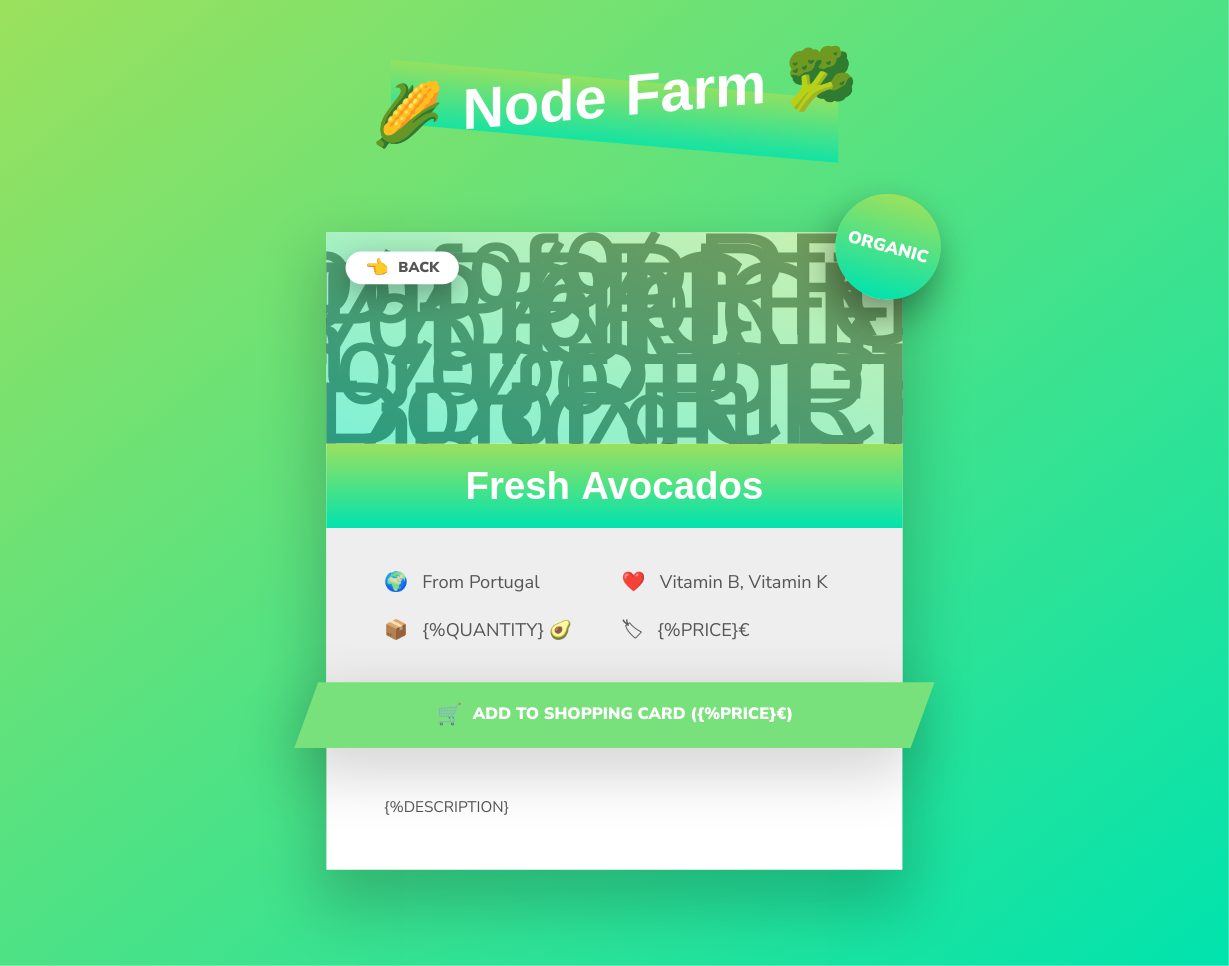
Repository: 13-Joban/Node_Farm_Backend
Page: templates/product.html
The author's editor kept a copy of each file at every save. The page is drawn from the files as they stood at one save, then again after a run of saves.
The browser window is 1280 px wide. The pictures show the whole page, at 96% of full size.
Some web fonts or font styles are not loaded; a fallback is used.

Above is the page before, as saved 2022-07-16 17:26:32.

After the next 2 saves:
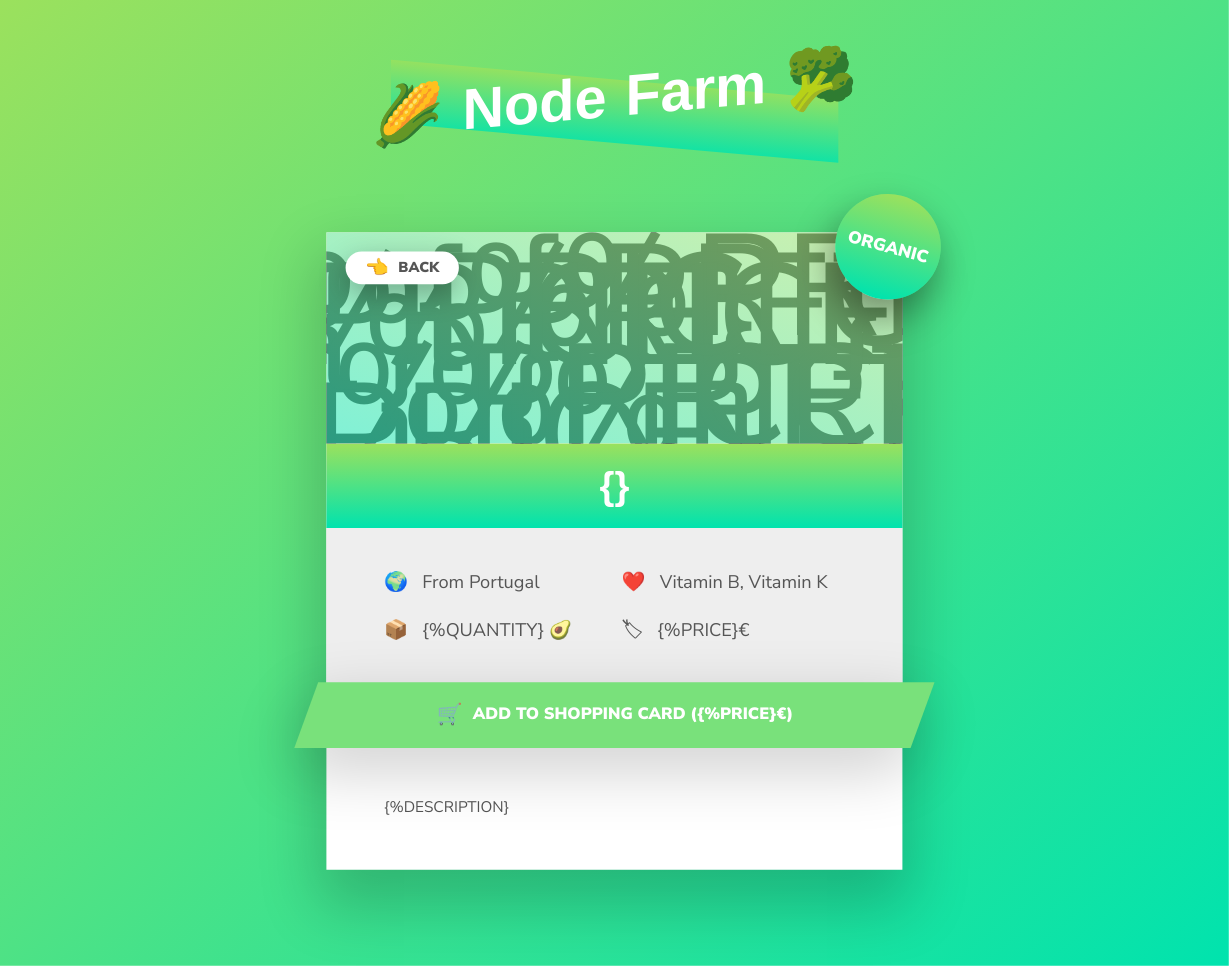
The 2 saves are shown as one change because they came seconds apart.
The last was saved 3 min 41 s later.
--- a/templates/product.html
+++ b/templates/product.html
@@ -286,7 +286,7 @@
           <span class="product__emoji product__emoji--8">{%PRICE}</span>
           <span class="product__emoji product__emoji--9">{%PRICE}</span>
         </div>
-        <h2 class="product__name">Fresh Avocados</h2>
+        <h2 class="product__name">{}</h2>
         <div class="product__details">
           <p><span class="emoji-left">🌍</span> From Portugal</p>
           <p><span class="emoji-left">❤️</span> Vitamin B, Vitamin K</p>
